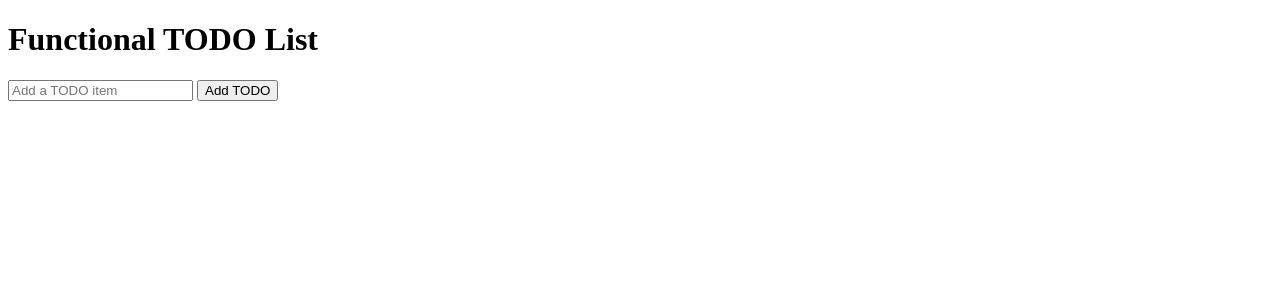
Repository: KingBoyMaylow/Assignment
Page: index.html
An editor plug-in stored every save of this project. The page is shown before and after a run of saves, followed by the edit.
The browser window is 1280 px wide. The pictures show the whole page.

Above is the page before, as saved 2024-04-30 12:35:34.

### index.html
<!DOCTYPE html>
<html lang="en">
<head>
<meta charset="UTF-8">
<meta name="viewport" content="width=device-width, initial-scale=1.0">
<title>Functional TODO List</title>
</head>
<body>
<h1>Functional TODO List</h1>
<input type="text" id="todoInput" placeholder="Add a TODO item">
<button onclick="addTodo()">Add TODO</button>
<ul id="todoList"></ul>

<script>
// State to manage TODO items
let todos = [];

// Function to add a TODO item
function addTodo() {
    const todoInput = document.getElementById("todoInput");
    const newTodo = todoInput.value;

    if (newTodo.trim() !== "") {
        todos.push(newTodo);
        displayTodoList();
        todoInput.value = "";
    } else {
        alert("Please enter a valid TODO item.");
    }
}

// Function to remove a TODO item
function removeTodo(index) {
    todos.splice(index, 1);
    displayTodoList();
}

// Function to display the updated TODO list
function displayTodoList() {
    const todoList = document.getElementById("todoList");
    todoList.innerHTML = "";

    todos.map((todo, index) => {
        const li = document.createElement("li");
        li.textContent = todo;

        const removeBtn = document.createElement("button");
        removeBtn.textContent = "Remove";
        removeBtn.onclick = () => removeTodo(index);

        li.appendChild(removeBtn);
        todoList.appendChild(li);
    });
}
</script>
</body>
</html>

After the next 2 saves:
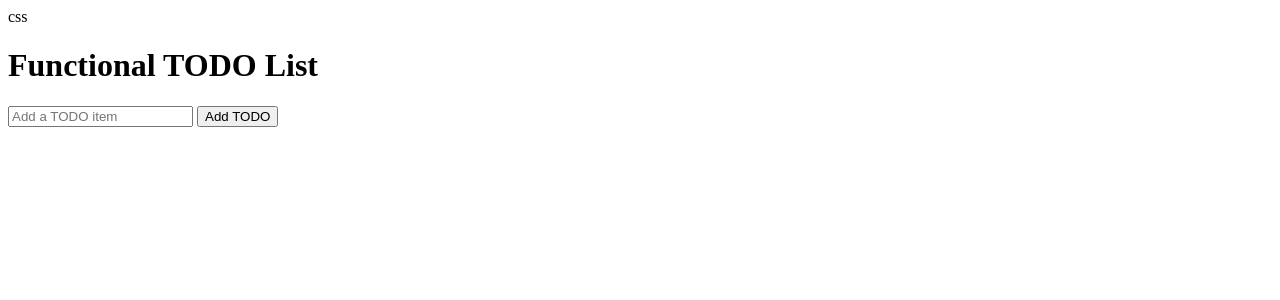
The 2 saves are shown as one change because they came seconds apart.
The last was saved 87 s later.
--- a/index.html
+++ b/index.html
@@ -1,7 +1,7 @@
 <!DOCTYPE html>
 <html lang="en">
 <head>
-<meta charset="UTF-8">
+<meta charset="UTF-8">css
 <meta name="viewport" content="width=device-width, initial-scale=1.0">
 <title>Functional TODO List</title>
 </head>
